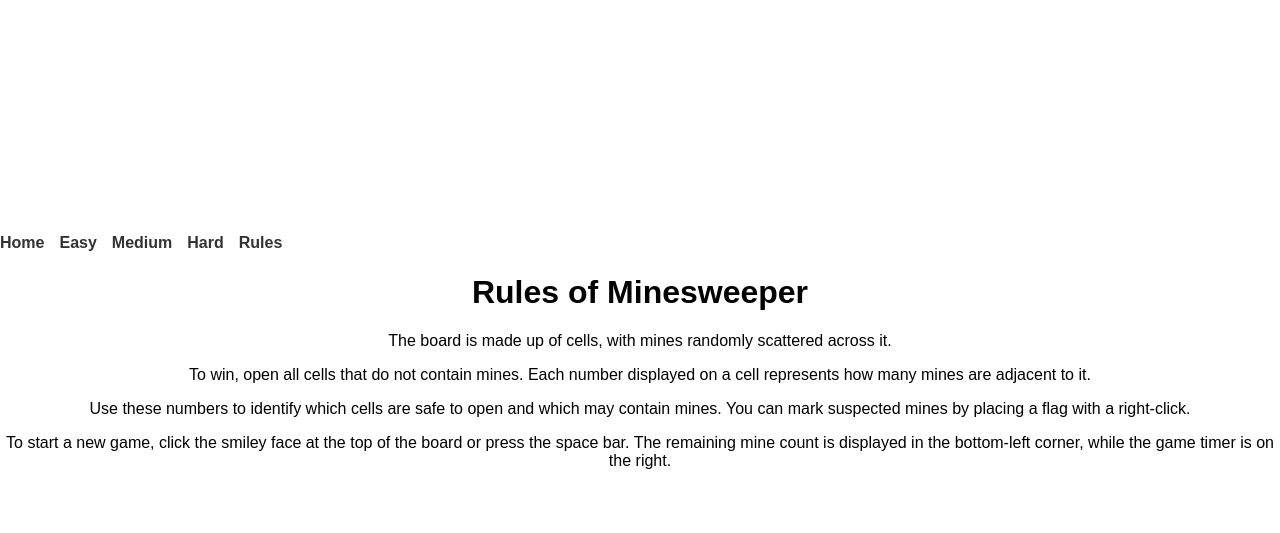
Repository: liwingy/-WingYee-_-Li-project2
Page: /rules (app in minesweeper/)
These files come from the project's save history. The page is drawn as it stood at one moment and after the next save; the edit follows.
The browser window is 1280 px wide. The pictures show the whole page.
The project was rebuilt for these pictures with package versions that can differ from the ones it lists, and the page was loaded fresh each time. Also part of the build but not shown: minesweeper/src/views/Homepage.js, minesweeper/src/components/Cell.js, minesweeper/src/views/Game.js.

Above is the page before, as saved 2024-11-11 13:36:03.

### minesweeper/src/App.js
import './styles.css';
import { BrowserRouter as Router, Routes, Route, Link } from 'react-router-dom';
import Homepage from './views/Homepage';
import Game from './views/Game';
import Rules from './views/Rules';

function App() {
  return (
    <Router>
      <nav>
        <Link to="/">Home</Link>
        <Link to="/game/easy">Easy</Link>
        <Link to="/game/medium">Medium</Link>
        <Link to="/game/hard">Hard</Link>
        <Link to="/rules">Rules</Link>
      </nav>
      <Routes>
        <Route path="/" element={<Homepage />} />
        <Route path="/game/:difficulty" element={<Game />} />
        <Route path="/rules" element={<Rules />} />
      </Routes>
    </Router>
  );
}

export default App;

### minesweeper/src/styles.css
/* Center the entire app content */
body, html {
  display: flex;
  justify-content: center;
  align-items: center;
  height: 100vh;
  margin: 0;
  font-family: Arial, sans-serif;
  text-align: center;
}

/* Center the navbar and content within the main container */
.main-container {
  display: flex;
  flex-direction: column;
  align-items: center;
  width: 100%;
  max-width: 600px;
}

/* Style for the navbar links */
nav {
  display: flex;
  gap: 15px;
  margin-bottom: 20px;
}

nav a {
  text-decoration: none;
  color: #333;
  font-weight: bold;
}

nav a:hover {
  color: #555;
}

### minesweeper/src/views/Rules.js
import React from 'react';

function Rules() {
  return (
    <div>
      <h1>Rules of Minesweeper</h1>
      <p>The board is made up of cells, with mines randomly scattered across it.</p>
      <p>To win, open all cells that do not contain mines. Each number displayed on a cell represents how many mines are adjacent to it.</p>
      <p>Use these numbers to identify which cells are safe to open and which may contain mines. You can mark suspected mines by placing a flag with a right-click.</p>
      <p>To start a new game, click the smiley face at the top of the board or press the space bar. The remaining mine count is displayed in the bottom-left corner, while the game timer is on the right.</p>
    </div>
  );
}

export default Rules;

Loaded but not shown: minesweeper/public/index.html (common file); minesweeper/src/index.js (common file)

After the next save:
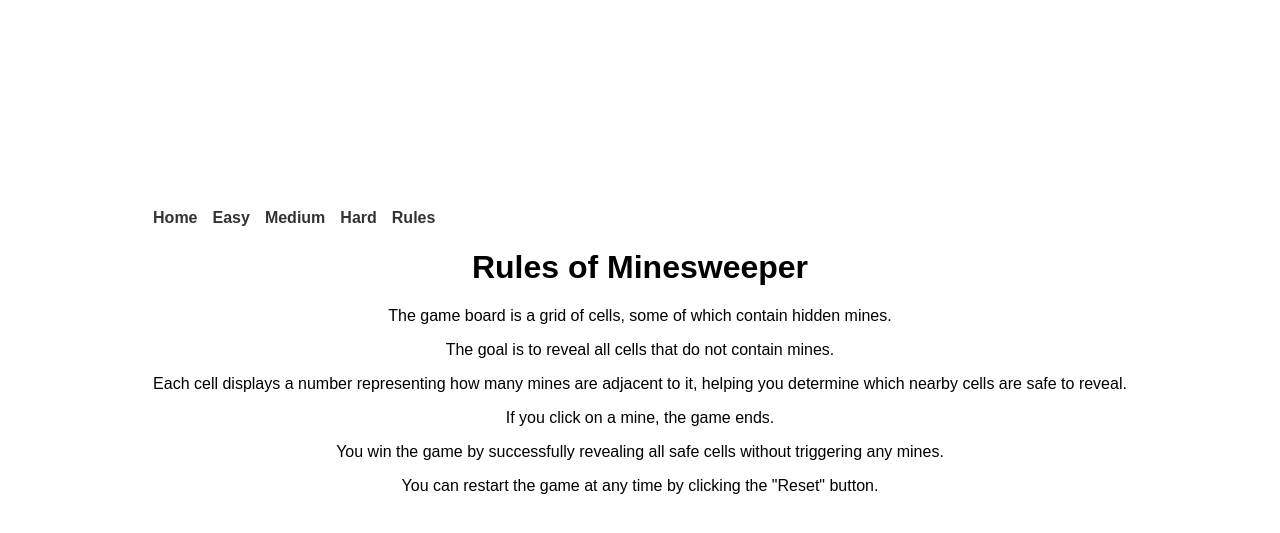
Saved 2 min 33 s later.
--- a/minesweeper/src/views/Rules.js
+++ b/minesweeper/src/views/Rules.js
@@ -4,10 +4,12 @@
   return (
     <div>
       <h1>Rules of Minesweeper</h1>
-      <p>The board is made up of cells, with mines randomly scattered across it.</p>
-      <p>To win, open all cells that do not contain mines. Each number displayed on a cell represents how many mines are adjacent to it.</p>
-      <p>Use these numbers to identify which cells are safe to open and which may contain mines. You can mark suspected mines by placing a flag with a right-click.</p>
-      <p>To start a new game, click the smiley face at the top of the board or press the space bar. The remaining mine count is displayed in the bottom-left corner, while the game timer is on the right.</p>
+      <p>The game board is a grid of cells, some of which contain hidden mines.</p>
+      <p>The goal is to reveal all cells that do not contain mines.</p>
+      <p>Each cell displays a number representing how many mines are adjacent to it, helping you determine which nearby cells are safe to reveal.</p>
+      <p>If you click on a mine, the game ends.</p>
+      <p>You win the game by successfully revealing all safe cells without triggering any mines.</p>
+      <p>You can restart the game at any time by clicking the "Reset" button.</p>
     </div>
   );
 }

After the 4 saves that followed:
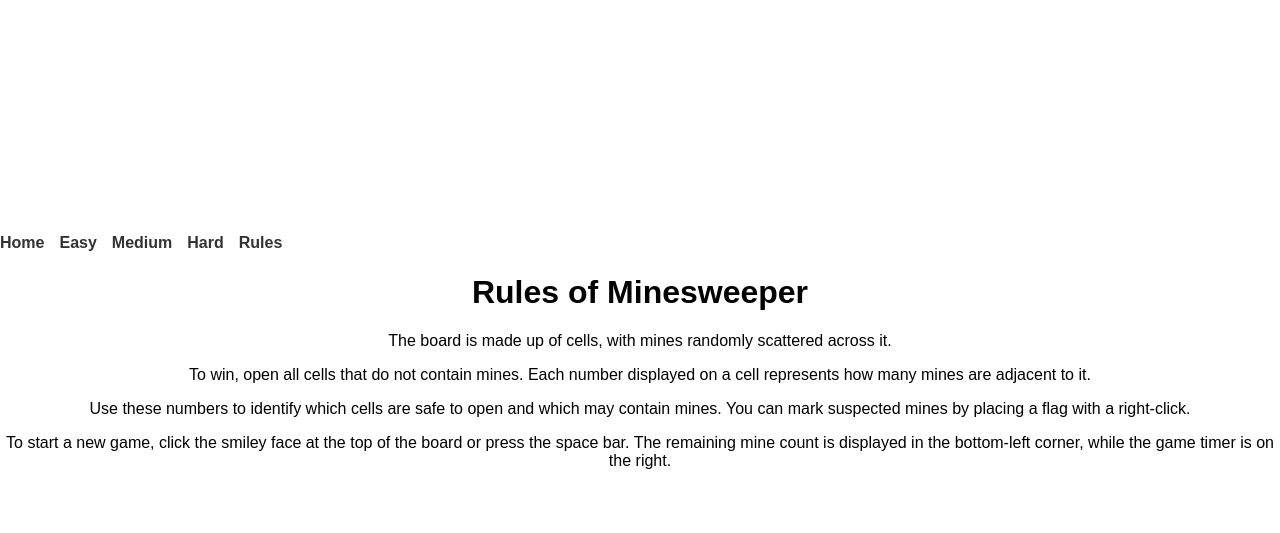
The 4 saves are shown as one change because 1 did not build or start and 1 left the picture as it was and some came seconds apart.
The last was saved 46 s later.
--- a/minesweeper/src/views/Rules.js
+++ b/minesweeper/src/views/Rules.js
@@ -4,12 +4,10 @@
   return (
     <div>
       <h1>Rules of Minesweeper</h1>
-      <p>The game board is a grid of cells, some of which contain hidden mines.</p>
-      <p>The goal is to reveal all cells that do not contain mines.</p>
-      <p>Each cell displays a number representing how many mines are adjacent to it, helping you determine which nearby cells are safe to reveal.</p>
-      <p>If you click on a mine, the game ends.</p>
-      <p>You win the game by successfully revealing all safe cells without triggering any mines.</p>
-      <p>You can restart the game at any time by clicking the "Reset" button.</p>
+      <p>The board is made up of cells, with mines randomly scattered across it.</p>
+      <p>To win, open all cells that do not contain mines. Each number displayed on a cell represents how many mines are adjacent to it.</p>
+      <p>Use these numbers to identify which cells are safe to open and which may contain mines. You can mark suspected mines by placing a flag with a right-click.</p>
+      <p>To start a new game, click the smiley face at the top of the board or press the space bar. The remaining mine count is displayed in the bottom-left corner, while the game timer is on the right.</p>
     </div>
   );
 }
